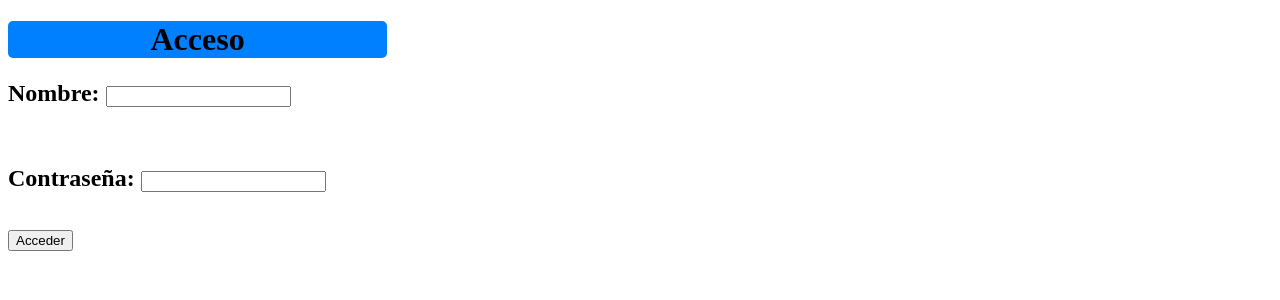
Repository: MateoSantander/Ejercicios4y5
Page: http://localhost/Ejercicio_4/JSP_login.jsp
An editor plug-in stored every save of this project. The page is shown before and after the next save, followed by the edit.
The browser window is 1280 px wide. The pictures show the whole page.
The page is served by Tomcat 9. Other server files are loaded and not shown.

Above is the page before, as saved 2022-03-18 13:24:00.

### Ejercicio_4/src/main/webapp/JSP_login.jsp
<%@ page language="java" contentType="text/html; charset=ISO-8859-1"
    pageEncoding="ISO-8859-1"%>
<!DOCTYPE html>
<html>
<head>
<meta charset="ISO-8859-1">
<title>acceso</title>
<link rel="stylesheet" href="css/design.css">
</head>
<body>
			<h1>Acceso</h1>
		<form action="login" method="post">
			<h2>Nombre: <input type="text" class="form-control" name="username"/></h2>
			<br/>
			<h2>Contraseña: <input type="password" class="form-control" name="password"/></h2>
			<br/>
			<input type="submit" value="Acceder">
		</form>
</body>
</html>

### Ejercicio_4/src/main/webapp/css/design.css
@charset "ISO-8859-1";

h1{
	 color:rgb(rgb(255, 0, 0), green, blue);
        text-align:center;
        width:30%;
        border-radius: 5px;
        background-color:rgb(0, 128, 255)
}
button

After the next save:
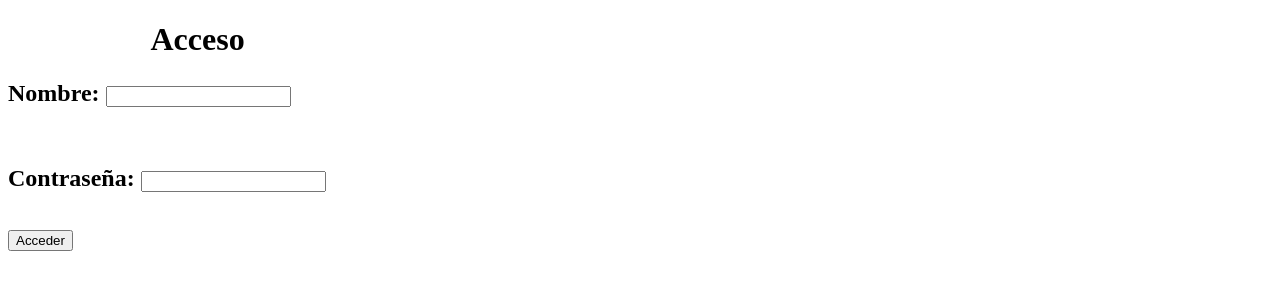
Saved 24 s later.
--- a/Ejercicio_4/src/main/webapp/css/design.css
+++ b/Ejercicio_4/src/main/webapp/css/design.css
@@ -4,7 +4,6 @@ h1{
 	 color:rgb(rgb(255, 0, 0), green, blue);
         text-align:center;
         width:30%;
-        border-radius: 5px;
-        background-color:rgb(0, 128, 255)
+        border-radius: 5prgb(0, 128, 255)kground-color:rgb(0, 128, 255)
 }
 button
